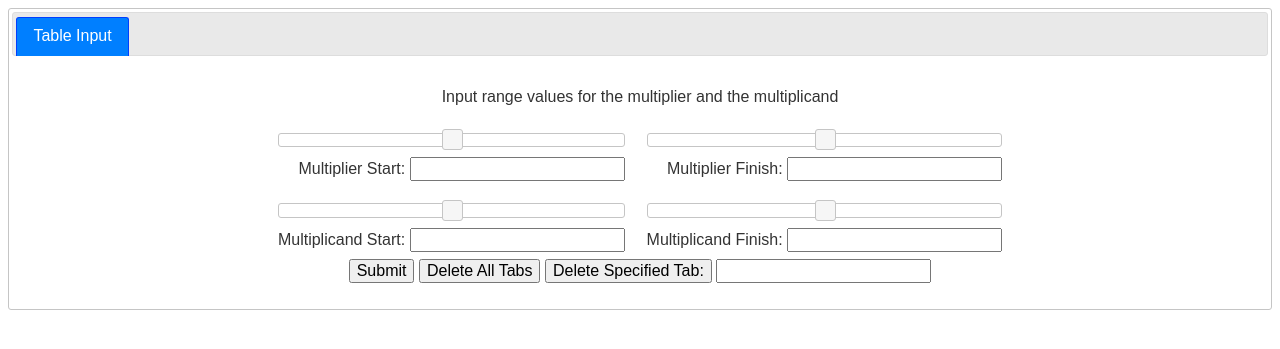
Repository: khrasna/HW4Part2
Page: index.html
These files come from the project's save history. The page is drawn as it stood at one moment and after the next save; the edit follows.
The browser window is 1280 px wide. The pictures show the whole page.
Some web libraries are served in a nearby version.

Above is the page before, as saved 2021-11-22 16:31:27.

After the next save:
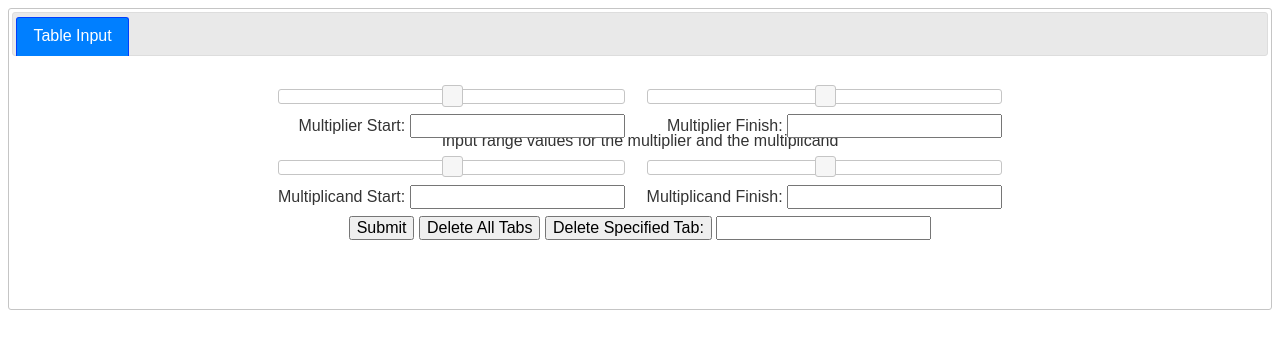
Saved 5 s later.
--- a/style.css
+++ b/style.css
@@ -86,7 +86,7 @@ th {
 
 form {
     margin-bottom: 0px;
-    grid-row: 0;
+    grid-row: 1;
 }
 
 table {

After the save that followed:
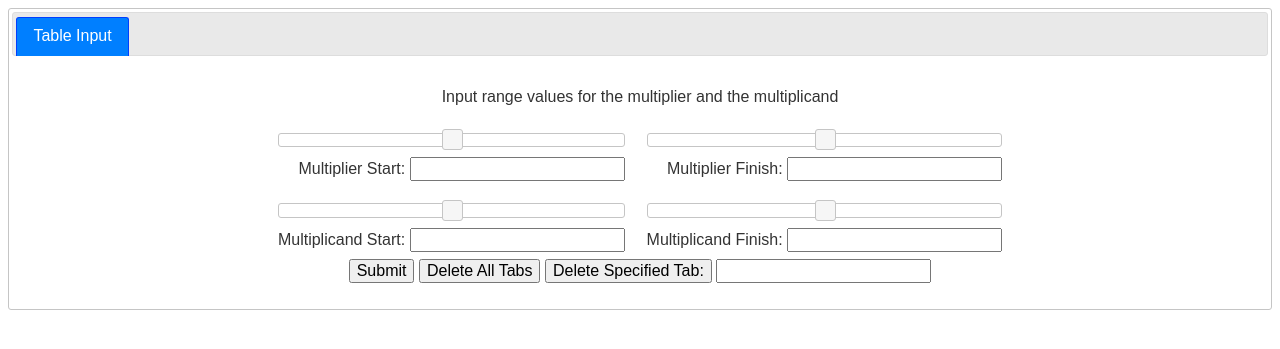
Saved 5 s later.
--- a/style.css
+++ b/style.css
@@ -86,7 +86,7 @@ th {
 
 form {
     margin-bottom: 0px;
-    grid-row: 1;
+    grid-row: 2;
 }
 
 table {
